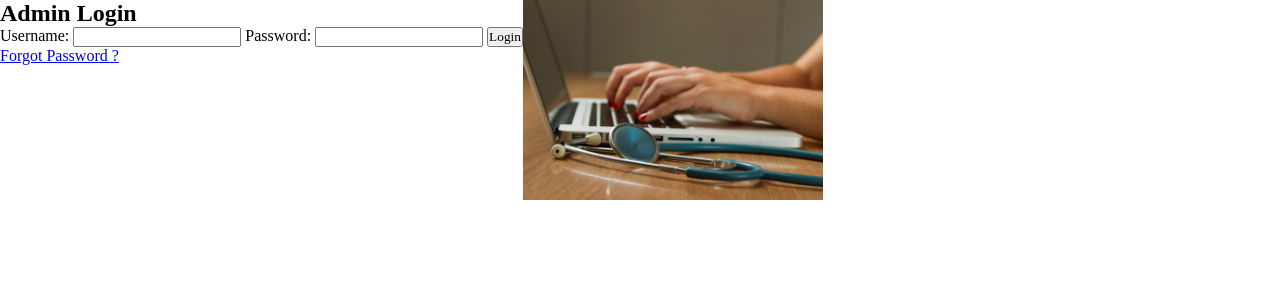
Repository: GauraVPandeyyy/Final-Neuro-dentica
Page: http://localhost/Admin-Panel/login.php
These files come from the project's save history. The page is drawn as it stood at one moment and after the next save; the edit follows.
The browser window is 1280 px wide. The pictures show the whole page.
The page is run by PHP 8.4 with error messages shown; the project is at /var/www/html/.

Above is the page before, as saved 2024-11-10 19:08:06.

After the next save:
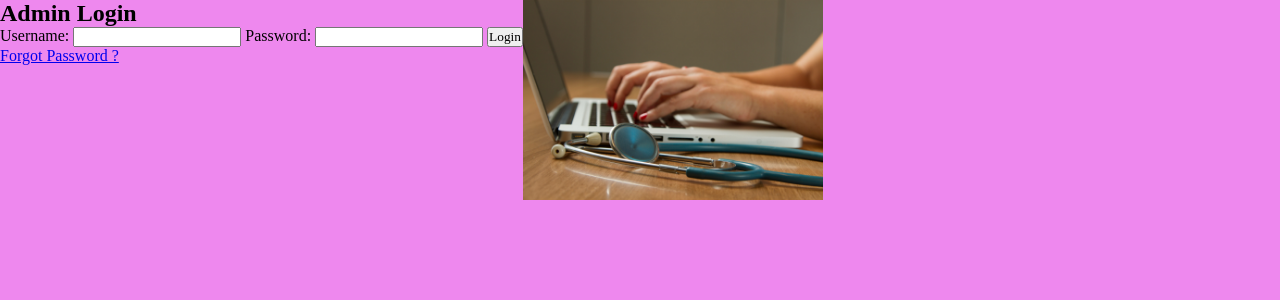
Saved 4 s later.
--- a/Admin-Panel/login.css
+++ b/Admin-Panel/login.css
@@ -5,7 +5,7 @@
     font-family: poppins;
 }
 body{
-    background-color: #e8;
+    background-color: #e8e;
 }
 .container{
     display: flex;
